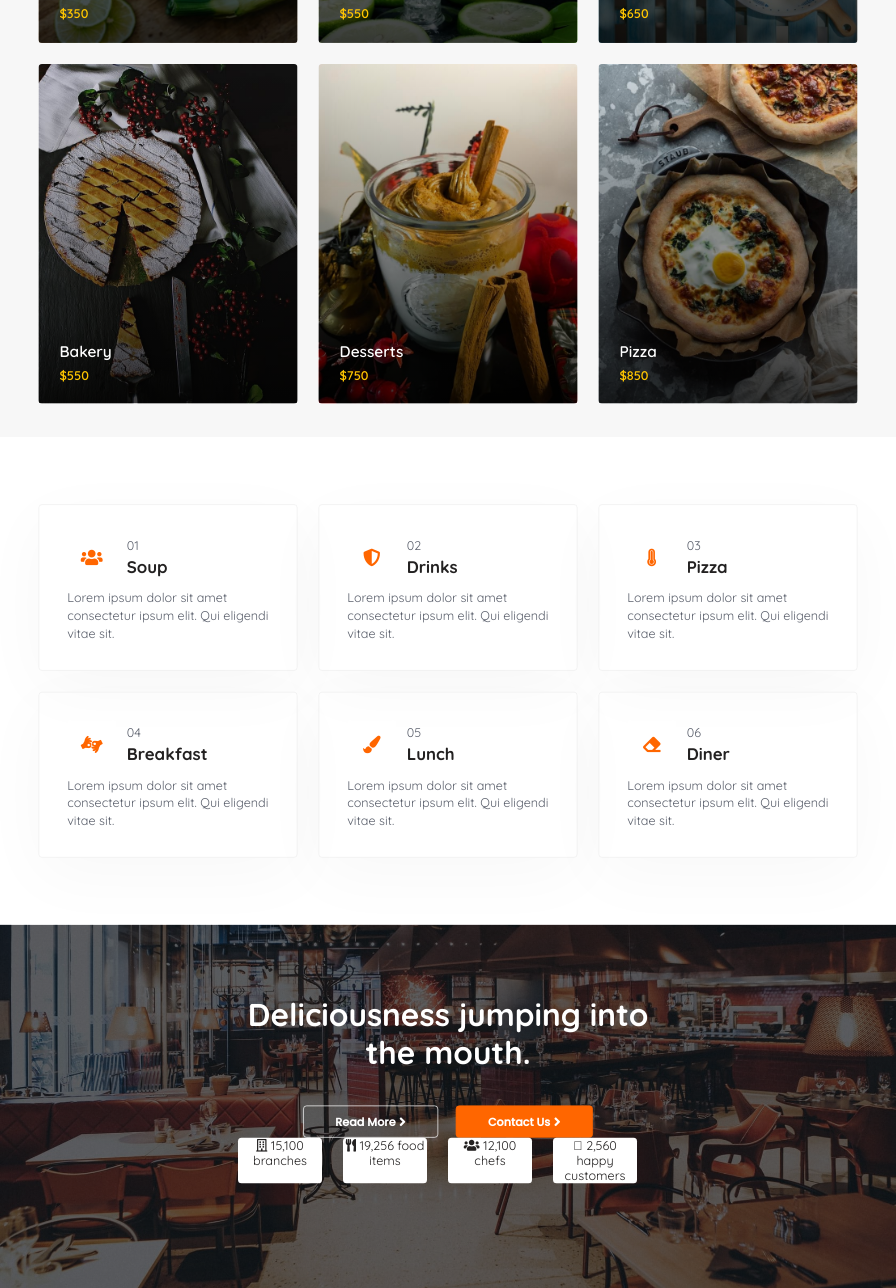
Repository: baobaodeveloper/bootscap21_project_AnhBao_VietToan_VietDuc
Page: index.html
These files come from the project's save history. The page is drawn as it stood at one moment and after the next save; the edit follows.
The browser window is 1280 px wide. The pictures show the part of the page from y = 2176 to 4096 px (the page is 4016 px tall before and 4096 px after), at 70% of full size.
Backgrounds fixed to the window are drawn as part of the page.

Above is the page before, as saved 2022-03-04 09:09:23.

### index.html
<!DOCTYPE html>
<html lang="en">
  <head>
    <meta charset="UTF-8" />
    <meta http-equiv="X-UA-Compatible" content="IE=edge" />
    <meta name="viewport" content="width=device-width, initial-scale=1.0" />

    <!-- fontawesome link cdn -->
    <link
      rel="stylesheet"
      href="https://cdnjs.cloudflare.com/ajax/libs/font-awesome/5.15.4/css/all.min.css"
      integrity="sha512-1ycn6IcaQQ40/MKBW2W4Rhis/DbILU74C1vSrLJxCq57o941Ym01SwNsOMqvEBFlcgUa6xLiPY/NS5R+E6ztJQ=="
      crossorigin="anonymous"
      referrerpolicy="no-referrer"
    />

    <!-- font -->
    <link rel="preconnect" href="https://fonts.googleapis.com" />
    <link rel="preconnect" href="https://fonts.gstatic.com" crossorigin />
    <link
      href="https://fonts.googleapis.com/css2?family=Pacifico&family=Poppins:wght@300;400;500&family=Quicksand:wght@300;400;500;600;700&display=swap"
      rel="stylesheet"
    />

    <link rel="stylesheet" href="style.css" />
    <title>Diner</title>
  </head>
  <body>
    <header class="header">
      <div class="header__wrapper container">
        <div class="header__top">
          <a class="header__logo" href="#">Diner</a>

          <div class="header__navbar">
            <form class="navbar__search">
              <input type="search" placeholder="Search here..." id="search" />
              <label for="search" class="fas fa-search"></label>
            </form>

            <div class="mode__container">
              <i class="fas fa-sun" id="dark"></i>
              <i class="fas fa-moon" id="light"></i>
            </div>

            <div class="fa fa-bars" id="menu-button"></div>
          </div>

          <nav class="navbar__list">
            <i class="fas fa-times" id="close-button"></i>
            <a href="#">home</a>
            <a href="#">about</a>
            <a href="#">services</a>
            <a href="#">blogs</a>
            <a href="#">404</a>
            <a href="#">landing page</a>
            <a href="#">contact</a>
            <a href="#">shot codes</a>
            <a href="#">email</a>
          </nav>
        </div>

        <div class="header__content">
          <h2>the only thing we love more than food is you!</h2>
          <p>
            Lorem ipsum dolor sit amet consectetur ipsum elit. Qui eligendi
            vitae sit.Ea ipsum sed consequuntur illum facere.
          </p>
          <a href="#" class="btn"
            >read more <i class="fas fa-angle-right"></i
          ></a>
        </div>
      </div>
    </header>

    <section class="about container pad-med">
      <div class="heading">
        <span>about us</span>
        <h3>We found our creative space that is open for you.</h3>
      </div>

      <div class="text">
        <p>
          Lorem ipsum viverra feugiat. Pellen tesque libero ut justo, ultrices
          in ligula. Semper at tempufddfel. Lorem ipsum dolor sit amet elit. Non
          quae, fugiat nihil ad. Lorem ipsum dolor sit amet. Lorem ipsum init
          dolor sit, amet elit. Dolor ipsum non velit, culpa!Lorem ipsum init
          dolor sit.
        </p>

        <p>
          Lorem ipsum viverra feugiat. Pellen tesque libero ut justo, ultrices
          in ligula. Semper at tempufddfel. Lorem ipsum dolor sit amet elit. Non
          quae, fugiat nihil ad. Lorem ipsum dolor sit amet.
        </p>
      </div>
    </section>

    <section class="restaurant">
      <div class="restaurant__img">
        <img src="./image/banner3.jpg" alt="#" />
      </div>

      <div class="restaurant__content">
        <div class="heading">
          <span>more than 3000 restaurant</span>
          <h3>Book a table easly at the best price</h3>
        </div>

        <div class="text">
          <p>
            Vestibulum ante ipsum primis in faucibus orci luctus turpis sodales
            quis. Integer sit amet mattis quam.Vivamus a ligula quam tesque et
            libero ut justo ultrices in.
          </p>
        </div>

        <div class="restaurant__best">
          <div class="best__item">
            <i class="fas fa-thumbs-up"></i>
            <h4>best deals</h4>
            <p class="text">
              Lorem ipsum viverra feugiat. Pellen tesque libero justo.
            </p>
          </div>

          <div class="best__item">
            <i class="fas fa-utensils"></i>
            <h4>best food</h4>
            <p class="text">
              Lorem ipsum viverra feugiat. Pellen tesque libero justo.
            </p>
          </div>
        </div>
      </div>
    </section>

    <section class="categories-wrapper">
      <div class="categories container pad-med">
        <div class="heading text-align pad-med">
          <span>what's new</span>
          <h3>popular categories</h3>
        </div>

        <div class="categories__list">
          <div class="categories__item">
            <div class="categories__img">
              <img src="./image/g1.jpg" alt="" />
            </div>
            <div class="categories__info">
              <span class="categories__name"> vegetarian </span>
              <span class="categories__price"> $350 </span>
            </div>
          </div>

          <div class="categories__item">
            <div class="categories__img">
              <img src="./image/g2.jpg" alt="" />
            </div>
            <div class="categories__info">
              <span class="categories__name"> drinks </span>
              <span class="categories__price"> $550 </span>
            </div>
          </div>

          <div class="categories__item">
            <div class="categories__img">
              <img src="./image/g3.jpg" alt="" />
            </div>
            <div class="categories__info">
              <span class="categories__name"> lunch </span>
              <span class="categories__price"> $650 </span>
            </div>
          </div>

          <div class="categories__item">
            <div class="categories__img">
              <img src="./image/g4.jpg" alt="" />
            </div>
            <div class="categories__info">
              <span class="categories__name"> bakery </span>
              <span class="categories__price"> $550 </span>
            </div>
          </div>

          <div class="categories__item">
            <div class="categories__img">
              <img src="./image/g5.jpg" alt="" />
            </div>
            <div class="categories__info">
              <span class="categories__name"> desserts </span>
              <span class="categories__price"> $750 </span>
            </div>
          </div>

          <div class="categories__item">
            <div class="categories__img">
              <img src="./image/g6.jpg" alt="" />
            </div>
            <div class="categories__info">
              <span class="categories__name"> pizza </span>
              <span class="categories__price"> $850 </span>
            </div>
          </div>
        </div>
      </div>
    </section>

    <section class="menu container pad-med">
      <div class="menu_list pad-med">
        <div class="menu__item">
          <div class="menu__header">
            <i class="fas fa-users"></i>
            <div class="menu__info">
              <span class="menu__number">01</span>
              <span class="menu__name">soup</span>
            </div>
          </div>

          <p class="menu__content">
            Lorem ipsum dolor sit amet consectetur ipsum elit. Qui eligendi
            vitae sit.
          </p>
        </div>

        <div class="menu__item">
          <div class="menu__header">
            <i class="fas fa-shield-alt"></i>
            <div class="menu__info">
              <span class="menu__number">02</span>
              <span class="menu__name">drinks</span>
            </div>
          </div>

          <p class="menu__content">
            Lorem ipsum dolor sit amet consectetur ipsum elit. Qui eligendi
            vitae sit.
          </p>
        </div>

        <div class="menu__item">
          <div class="menu__header">
            <i class="fas fa-thermometer-full"></i>
            <div class="menu__info">
              <span class="menu__number">03</span>
              <span class="menu__name">pizza</span>
            </div>
          </div>

          <p class="menu__content">
            Lorem ipsum dolor sit amet consectetur ipsum elit. Qui eligendi
            vitae sit.
          </p>
        </div>

        <div class="menu__item">
          <div class="menu__header">
            <i class="fas fa-american-sign-language-interpreting"></i>
            <div class="menu__info">
              <span class="menu__number">04</span>
              <span class="menu__name">breakfast</span>
            </div>
          </div>

          <p class="menu__content">
            Lorem ipsum dolor sit amet consectetur ipsum elit. Qui eligendi
            vitae sit.
          </p>
        </div>

        <div class="menu__item">
          <div class="menu__header">
            <i class="fas fa-paint-brush"></i>
            <div class="menu__info">
              <span class="menu__number">05</span>
              <span class="menu__name">lunch</span>
            </div>
          </div>

          <p class="menu__content">
            Lorem ipsum dolor sit amet consectetur ipsum elit. Qui eligendi
            vitae sit.
          </p>
        </div>

        <div class="menu__item">
          <div class="menu__header">
            <i class="fas fa-eraser"></i>
            <div class="menu__info">
              <span class="menu__number">06</span>
              <span class="menu__name">diner</span>
            </div>
          </div>

          <p class="text">
            Lorem ipsum dolor sit amet consectetur ipsum elit. Qui eligendi
            vitae sit.
          </p>
        </div>
      </div>
    </section>

    <section class="delicious">
      <div class="delicious-wrapper container">
        <h3>Deliciousness jumping into the mouth.</h3>

        <div class="delicious__btn">
          <a href="#" class="btn"
            >read more <i class="fas fa-angle-right"></i
          ></a>
          <a href="#" class="btn active"
            >contact us <i class="fas fa-angle-right"></i
          ></a>
        </div>

        <div class="count">
          <div class="count-item">
            <i class="far fa-building"></i>
            <span class="count__number">15,100</span>
            <span class="count__name">branches</span>
          </div>

          <div class="count-item">
            <i class="fas fa-utensils"></i>
            <span class="count__number">19,256</span>
            <span class="count__name">food items</span>
          </div>

          <div class="count-item">
            <i class="fas fa-users"></i>
            <span class="count__number">12,100</span>
            <span class="count__name">chefs</span>
          </div>

          <div class="count-item">
            <i class="fal fa-smile"></i>
            <span class="count__number">2,560</span>
            <span class="count__name">happy customers</span>
          </div>
        </div>
      </div>
    </section>

    <script src="app.js"></script>
  </body>
</html>

### style.css
* {
  padding: 0;
  margin: 0;
  box-sizing: border-box;
}

:root {
  --primary-font: "Quicksand", sans-serif;
  --secondary-font: "Pacifico", cursive;
  --third-font: "Poppins", sans-serif;
  --primary-color: #ff6600;
  --title-color: #232121;
  --white-color: #fff;
  --text-color: #161c2db3;
  --price-color: #ffc600;
}

img {
  display: block;
  max-width: 100%;
}

button,
input {
  display: inline-block;
  border: none;

  font-family: var(--primary-font);
  font-size: 1.6rem;

  outline: none;
}

a {
  display: inline-block;
  text-decoration: none;
}

html {
  font-size: 62.5%;
}

.container {
  max-width: 1200px;
  margin: 0 auto;
  padding: 0 1.5rem;
}

body {
  color: var(--title-color);

  font-family: var(--primary-font);
  font-size: 1.8rem;
  line-height: 1.2;
}

.btn.active {
  background-color: var(--primary-color);
  border-color: var(--primary-color);
}
.btn:hover.active {
  background-color: var(--primary-color);
  color: var(--white-color);

  opacity: 0.7;
}

.pad-med {
  padding-top: 4.8rem;
  padding-bottom: 4.8rem;
}

.text-align {
  text-align: center;
}

.heading span {
  margin-bottom: 0.5rem;

  color: var(--primary-color);

  font-family: var(--secondary-font);
  font-size: 2rem;
  text-transform: capitalize;
}

.heading h3 {
  font-size: 3.8rem;
}

.text {
  color: var(--text-color);

  font-size: 1.8rem;
  line-height: 1.4;
}

.text p {
  margin: 2rem 0;
}

.btn {
  display: inline-flex;
  align-items: center;
  padding: 1.2rem 4.5rem;
  border-radius: 0.5rem;
  border: 1.5px solid var(--white-color);

  color: var(--white-color);
  background-color: transparent;

  font-family: var(--third-font);
  font-size: 1.6rem;
  text-transform: capitalize;
  font-weight: bold;

  transition: 0.4s linear;
}

.btn i {
  display: inline-block;
  margin-left: 0.5rem;

  font-size: 2rem;
}

.btn:hover {
  background-color: var(--white-color);
  color: var(--primary-color);
}

/* header section starts */
#dark {
  display: none;
}

.header {
  background-image: linear-gradient(to right, #ff6600, hsl(30deg 100% 1% / 20%)),
    url(./image/banner1.jpg);

  background-size: cover;
  background-repeat: no-repeat;
  background-attachment: fixed;

  min-height: 70vh;
}

.header__top {
  display: flex;
  justify-content: space-between;
  padding-top: 4rem;
  padding-bottom: 2rem;
}

.header__logo {
  color: var(--white-color);

  font-size: 3.3rem;
  font-weight: bold;
}

.navbar__search {
  position: relative;
}

.navbar__search input {
  padding: 1rem 5rem 1rem 2rem;

  border-radius: 0.5rem;

  color: var(--text-color);
}

.navbar__search label {
  position: absolute;
  top: 50%;
  right: 2.5rem;

  transform: translate(50%, -50%);

  font-size: 1.5rem;

  cursor: pointer;
}

.header__navbar {
  display: flex;
  justify-content: space-between;
  align-items: center;
  gap: 2rem;
}

.mode__container,
#menu-button {
  color: var(--white-color);

  cursor: pointer;
}

.mode__container {
  font-size: 2.4rem;
}

#menu-button {
  font-size: 3.1rem;
}

.header__content {
  max-width: 60rem;
  margin-top: 10rem;

  color: var(--white-color);
}

.header__content h2 {
  font-size: 5.4rem;

  text-transform: capitalize;
}

.header__content p {
  margin: 2.4rem 0 4.8rem;

  font-size: 1.6rem;
  line-height: 1.6;
}

.navbar__list {
  position: fixed;
  top: 0;
  left: 0;
  width: 100vw;
  height: 100vh;
  z-index: 20;

  display: flex;
  flex-direction: column;
  align-items: center;
  justify-content: center;

  visibility: hidden;
  opacity: 0;
  transform: scale(0.9);

  background-color: rgb(6 3 0 / 77%);

  transition: transform 0.3s, opacity 0.9s, visibility 0s 0.4s;
}

.navbar__list.active {
  visibility: visible;
  opacity: 1;
  transform: scale(1);

  transition: transform 0.4s, opacity 0.4s;
}

.navbar__list a {
  margin: 1.5rem 0;

  color: var(--white-color);

  text-transform: capitalize;
  font-family: var(--third-font);
  font-size: 2rem;
  font-weight: 600;

  transition: 0.2s linear;
}

.navbar__list a:hover {
  color: var(--primary-color);
}

#close-button {
  position: absolute;
  top: 3rem;
  right: 3rem;
  z-index: 25;

  width: 3.5rem;
  height: 3.5rem;
  border-radius: 0.5rem;

  color: var(--white-color);
  background-color: var(--primary-color);

  line-height: 3.5rem;
  text-align: center;
  font-size: 1.6rem;

  cursor: pointer;
}

/* header section ends */

/* about section starts */
.about {
  display: flex;
  gap: 6rem;
  flex-wrap: wrap;
}

.about .heading {
  width: calc(40% - 3rem);
}

.about .text {
  width: calc(60% - 3rem);
}

/* about section ends */

/* restaurant section starts */
.restaurant {
  display: flex;
  justify-content: space-between;
  flex-wrap: wrap;
}

.restaurant__img {
  position: relative;

  width: 50%;
}
.restaurant__img::before {
  content: "";
  position: absolute;
  width: 100%;
  height: 100%;
  top: 0;
  left: 0;
  z-index: 4;

  background-color: rgb(16 15 19 / 46%);
}

.restaurant__img img {
  width: 100%;
  height: 100%;
  object-fit: cover;
}

.restaurant__content {
  padding: 10rem 8rem;
  width: 50%;

  background-color: var(--primary-color);
}

.restaurant__content .heading span {
  color: var(--white-color);
}

.restaurant__content .text {
  color: #ffdfc9;
}

.restaurant__best {
  margin-top: 3rem;
  display: flex;
  justify-content: space-between;
  gap: 2rem;
}

.best__item {
  width: 50%;
}
.best__item i {
  display: inline-block;
  width: 7rem;
  height: 7rem;
  border-radius: 0.5rem;

  color: var(--primary-color);
  background-color: var(--white-color);

  line-height: 7rem;
  text-align: center;
  font-size: 2.5rem;
}

.best__item h4 {
  margin: 1.5rem 0;

  text-transform: capitalize;
  font-family: var(--third-font);
  font-size: 2rem;
}
/* restaurant section ends */

/* categories section starts */
.categories-wrapper {
  background-color: #f7f7f7;
}

.categories__list {
  display: grid;
  grid-template-columns: repeat(auto-fill, minmax(30rem, 1fr));
  grid-gap: 3rem;
}

.categories__img {
  width: 100%;
}

.categories__item {
  position: relative;

  border-radius: 0.5rem;
  overflow: hidden;
}

.categories__item::before {
  content: "";
  position: absolute;
  inset: 0;
  z-index: 1;
  background: linear-gradient(
    to bottom,
    rgba(0, 0, 0, 0) 0,
    rgba(0, 0, 0, 0.53) 69%,
    rgba(0, 0, 0, 0.76) 100%
  );
}

.categories__info {
  position: absolute;
  bottom: 3rem;
  left: 3rem;
  z-index: 3;
}

.categories__name {
  display: block;
  margin-bottom: 1rem;

  color: var(--white-color);

  text-transform: capitalize;
  font-size: 2.2rem;
  font-weight: 600;
}

.categories__price {
  color: var(--price-color);

  font-size: 1.8rem;
  font-weight: 600;
}

.categories__img img {
  width: 100%;
  height: 100%;
  object-fit: cover;

  transition: 0.3s linear;
}

.categories__item:hover img {
  opacity: 0.8;
}
/* categories section ends */

/* menu section starts */
.menu_list {
  display: grid;
  grid-template-columns: repeat(auto-fill, minmax(30rem, 1fr));
  grid-gap: 3rem;
}

.menu__item {
  border: 1px solid #eee;
  border-radius: 0.5rem;
  padding: 4rem;

  box-shadow: 0 25px 98px 0 rgb(0 0 0 / 3%);

  transition: 0.3s linear;
}

.menu__header {
  display: flex;
  gap: 1.5rem;
  align-items: center;
  margin-bottom: 1rem;
}

.menu__number {
  display: block;
  margin-bottom: 0.5rem;

  color: var(--text-color);
}

.menu__name {
  font-size: 2.4rem;
  font-weight: bold;
  text-transform: capitalize;

  transition: 0.3s linear;

  cursor: pointer;
}

.menu__name:hover {
  color: var(--primary-color);
}

.menu__header i {
  display: flex;
  justify-content: center;
  align-items: center;
  width: 7rem;
  height: 7rem;
  border-radius: 0.5rem;

  color: var(--primary-color);
  background-color: var(--white-color);

  font-size: 2.5rem;

  transition: 0.3s linear;
}

.menu__item:hover .menu__header i {
  background-color: var(--primary-color);
  color: var(--white-color);
}

.menu__item:hover {
  box-shadow: 0 25px 98px 0 rgb(0 0 0 / 10%);
}

.menu__item p {
  color: var(--text-color);

  line-height: 1.4;
}
/* menu section ends */

/* delicious section starts */
.delicious {
  padding: 10rem 0 15rem;
  display: flex;
  justify-content: center;
  align-items: center;

  background-image: linear-gradient(
      to right,
      rgb(16 15 19 / 66%),
      rgb(16 15 19 / 66%)
    ),
    url(./image/banner2.jpg);
  background-position: center;
  background-size: cover;
  background-repeat: no-repeat;
}

.delicious-wrapper {
  max-width: 70rem;
  padding: 0 5rem;

  text-align: center;
}

.delicious__btn .btn {
  margin: 0 1rem;
}

.delicious h3 {
  margin-bottom: 5rem;

  color: var(--white-color);

  font-size: 4.5rem;
}

.count {
  display: flex;
  gap: 3rem;
}

.count-item {
  width: calc(25% - 3rem);
  border-radius: 0.5rem;

  background-color: var(--white-color);
}
/* delicious section ends */

/* media query */
@media screen and (max-width: 1200px) {
  .restaurant__img,
  .restaurant__content {
    width: 100%;
  }

  .restaurant__content {
    text-align: center;
  }

  .best__item {
    display: flex;
    flex-direction: column;
    justify-content: center;
    align-items: center;
  }

  .categories__list {
    grid-gap: 1.5rem;
  }
}

@media screen and (max-width: 991px) {
  .header {
    background-position: center;

    min-height: 60vh;
  }

  .about {
    gap: 0rem;
  }

  .about .heading {
    text-align: center;
  }

  .about .heading,
  .about .text {
    width: 100%;
  }

  .categories__item {
    max-height: 50rem;
  }
}

@media screen and (max-width: 767px) {
  html {
    font-size: 55%;
  }

  .header {
    min-height: 50vh;
  }

  .restaurant__content {
    padding: 3rem 2rem;
  }

  .categories.pad-med {
    padding-top: 1rem;
  }
}

### app.js
const menuBtn = document.getElementById("menu-button");
const navList = document.querySelector(".navbar__list");
const closBtn = document.getElementById("close-button");
menuBtn.addEventListener("click", () => {
  navList.classList.add("active");
});

closBtn.addEventListener("click", () => {
  navList.classList.remove("active");
});

After the next save:
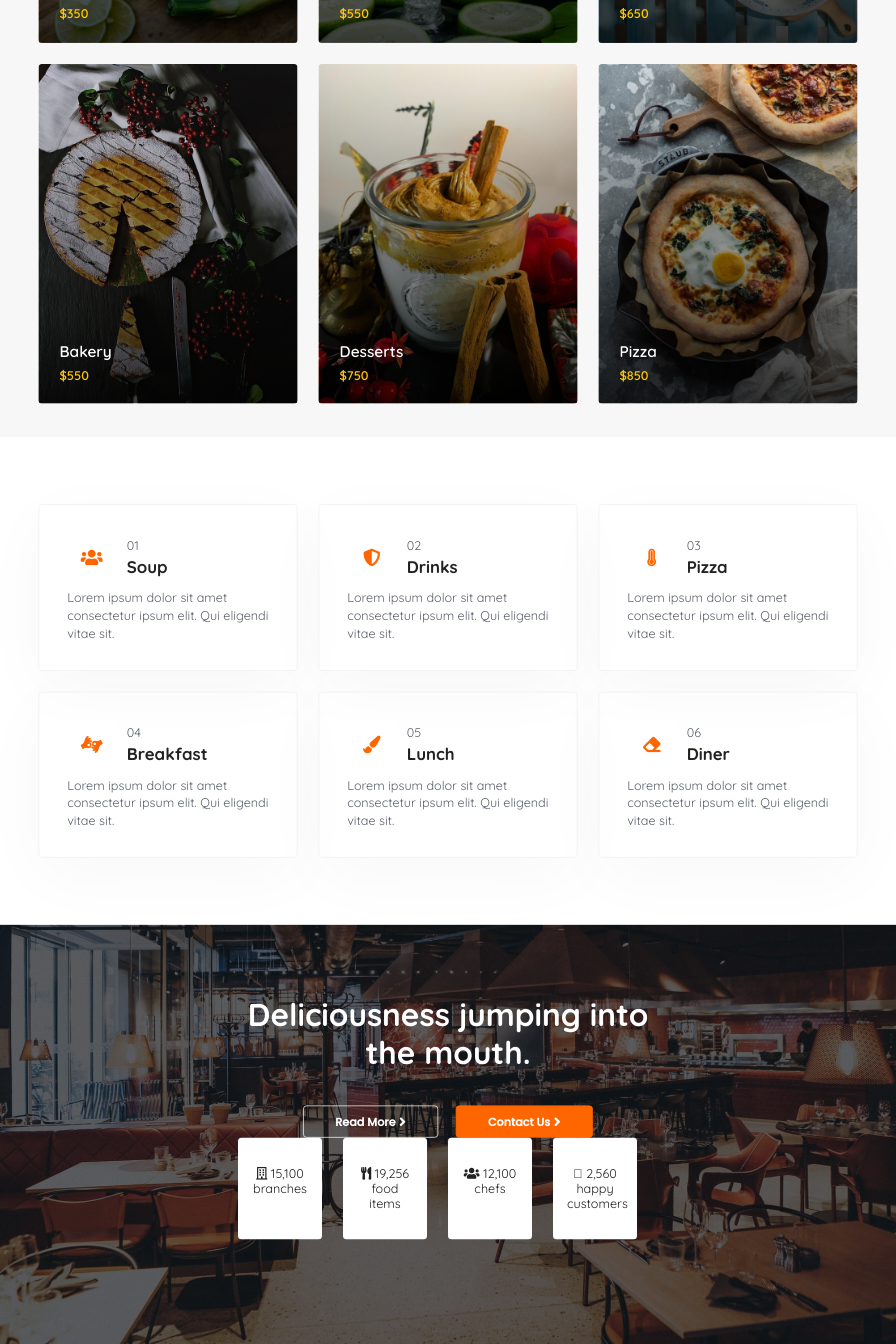
Saved 14 s later.
--- a/style.css
+++ b/style.css
@@ -584,6 +584,7 @@ body {
 .count-item {
   width: calc(25% - 3rem);
   border-radius: 0.5rem;
+  padding: 4rem 2rem;
 
   background-color: var(--white-color);
 }
